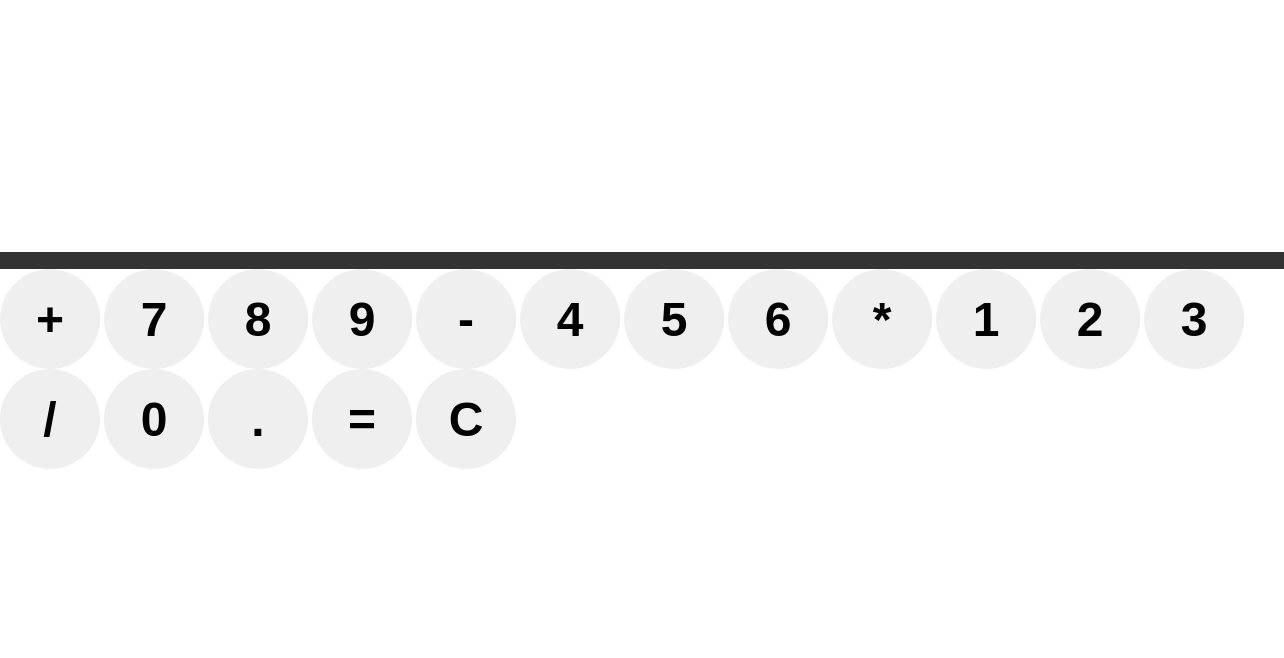
Repository: 23HarveyJi/25-Fall_chillguys
Page: calculator.html
An editor plug-in stored every save of this project. The page is shown before and after a run of saves, followed by the edit.
The browser window is 1280 px wide. The page is 1284 px wide, then 1280 px, so the pictures cover 1284 px, including what lies to the right of the window. The pictures show the whole page.

Above is the page before, as saved 2025-10-10 15:11:09.

### calculator.html
<!DOCTYPE html>
<html lang="en">
    <head>
        <meta charset="UTF-8" />
        <meta name="viewport" content="width=device-width, initial-scale=1.0" />
        <title>Document</title>
        <link rel="stylesheet" href="calculator.css">
    </head>
    <body>

        <div id="calculator">
            <input id="display" readonly>
            <div id="keys">
                <button onclick="appendToDisplay('+')" class="operator-btn">+</button>
                <button onclick="appendToDisplay('7')">7</button>
                <button onclick="appendToDisplay('8')">8</button>
                <button onclick="appendToDisplay('9')">9</button>
                <button onclick="appendToDisplay('-')" class="operator-btn">-</button>
                <button onclick="appendToDisplay('4')">4</button>
                <button onclick="appendToDisplay('5')">5</button>
                <button onclick="appendToDisplay('6')">6</button>
                <button onclick="appendToDisplay('*')" class="operator-btn">*</button>
                <button onclick="appendToDisplay('1')">1</button>
                <button onclick="appendToDisplay('2')">2</button>
                <button onclick="appendToDisplay('3')">3</button>
                <button onclick="appendToDisplay('/')" class="operator-btn">/</button>
                <button onclick="appendToDisplay('0')">0</button>
                <button onclick="appendToDisplay('.')">.</button>
                <button onclick="calculate()">=</button>
                <button onclick="clearDisplay()" class="operator-btn">C</button>
            </div>
        </div>
    </body>

### calculator.css
body{
    margin: 0;
    display: flex;
    justify-content: center;
    align-items: center;
    height: 100vh;
}

#caculator{
    font-family: Arial, sans-serif;
    background-color: hsl(0,0%,95%);
    border-radius: 15px;
    max-width: 500px;
    overflow: hidden
}
#display{
    width: 100%;
    padding: 20px
    font-size: 5rem;
    text-align: :left;
    border: none;
    background-color: hsl(0,0%,20%);
}
.keys{
    display: grid;
    grid-template-columns: repeat(4, 1fr);
    gap: 10px;
    padding: 25px;
}
button{
    width: 100px;
    height: 100px;
    border-radius: 50px;
    border: none;
    background-color: lightgray
    color: white;
    font-size: 3rem;
    font-weight: bold;
    cursor: pointer;
}
button:hover{
    background-color: hsl(0,0,40%)

button:active{
    background-color: hsl(0,0,50%);
}
.operator-btn{
    background-color: hsl(39,100%,55%)
}

After the next 2 saves:
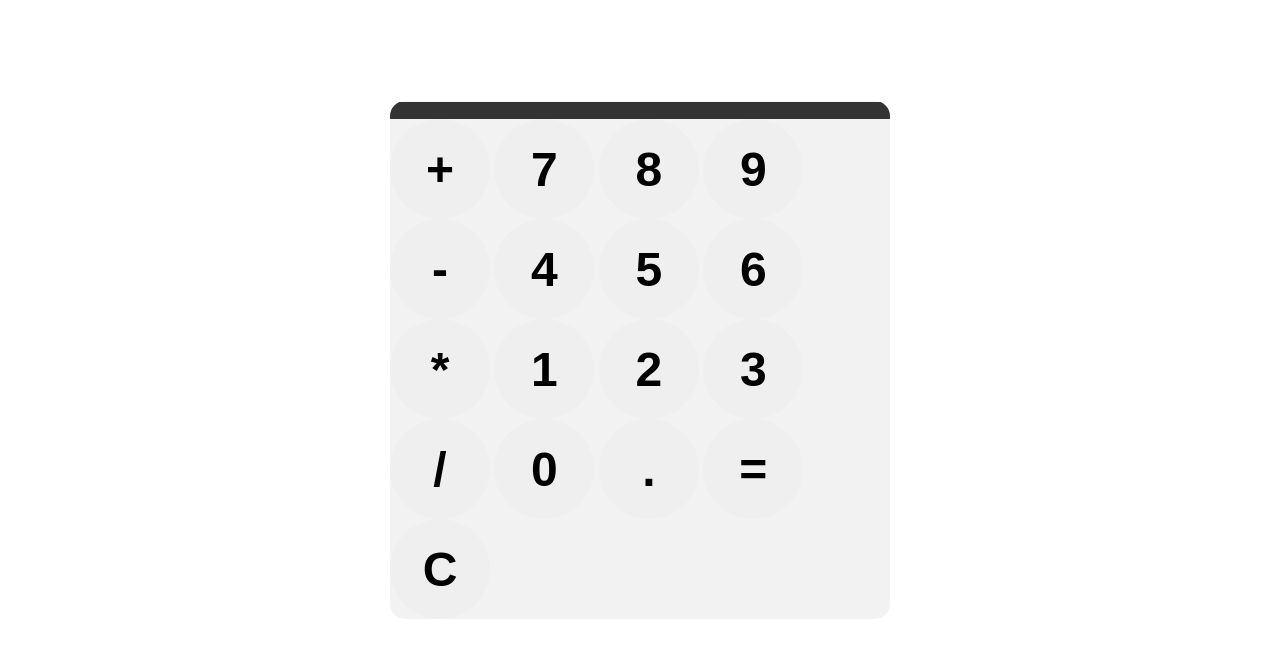
The 2 saves are shown as one change because they came seconds apart.
The last was saved 113 s later.
--- a/calculator.css
+++ b/calculator.css
@@ -6,7 +6,7 @@ body{
     height: 100vh;
 }
 
-#caculator{
+#calculator{
     font-family: Arial, sans-serif;
     background-color: hsl(0,0%,95%);
     border-radius: 15px;
